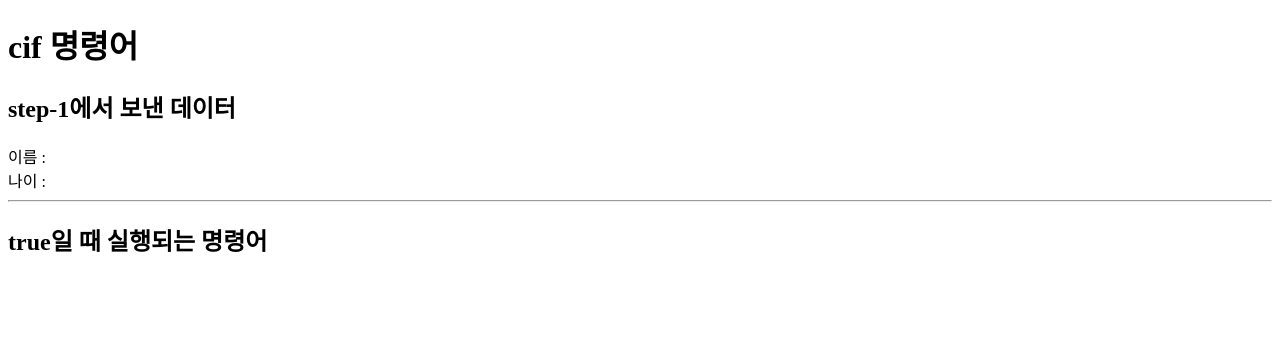
Repository: havanara/240411_JSTL_Project
Page: http://localhost/jstl_study/step-2.jsp
These files come from the project's save history. The page is drawn as it stood at one moment and after the next save; the edit follows.
The browser window is 1280 px wide. The pictures show the whole page.
The page is served by Tomcat 9.

Above is the page before, as saved 2024-04-11 03:01:08.

After the next save:
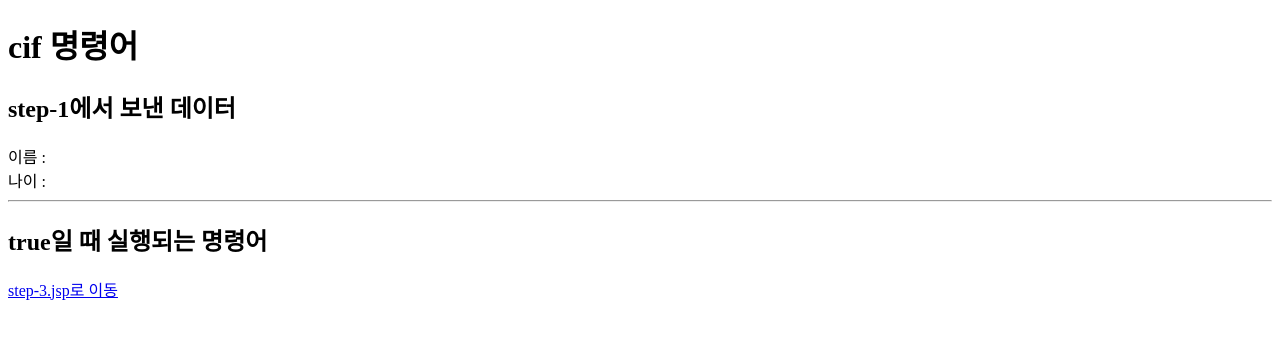
Saved 67 s later.
--- a/jstl_study/src/main/webapp/step-2.jsp
+++ b/jstl_study/src/main/webapp/step-2.jsp
@@ -29,7 +29,7 @@
 	<!-- step-3.jsp 페이지 생성 후 파라미터 출력 -->
 	<!-- 상품명 : / 원산지 : -->
 
-
+	<a href="step-3.jsp?name=사과&address=경북">step-3.jsp로 이동</a>
 
 
 </body>
